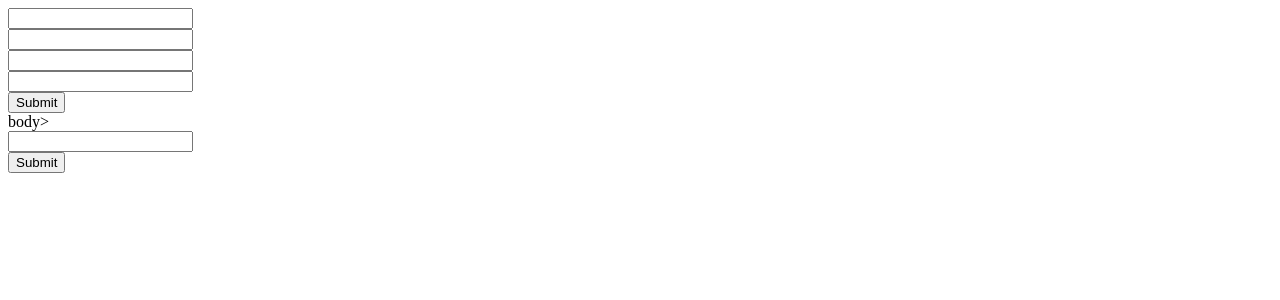
Repository: daniraja/learn-ng
Page: http://localhost/register/pages/home.jsp
These files come from the project's save history. The page is drawn as it stood at one moment and after the next save; the edit follows.
The browser window is 1280 px wide. The pictures show the whole page.
The page is served by Tomcat 9. Other server files are loaded and not shown.

Above is the page before, as saved 2021-09-12 03:01:49.

### regis/register/src/main/webapp/pages/home.jsp
<%@ page language="java" contentType="text/html; charset=ISO-8859-1"
    pageEncoding="ISO-8859-1"%>
<!DOCTYPE html PUBLIC "-//W3C//DTD HTML 4.01 Transitional//EN" "http://www.w3.org/TR/html4/loose.dtd">
<html>
<head>
<meta http-equiv="Content-Type" content="text/html; charset=ISO-8859-1">
<title>Register</title>
</head>
<body>
	<form action="add">
	<input type="text" name= "firstname"><br>
	<input type="text" name= "lastname"><br>
	<input type="text" name= "email"><br>
	<input type="text" name= "phone"><br>
	<input type="submit"></form>

	body>
	<form action="get">
	<input type="text" name= "id"><br>
	<input type="submit"></form>
</body>
</html>

After the next save:
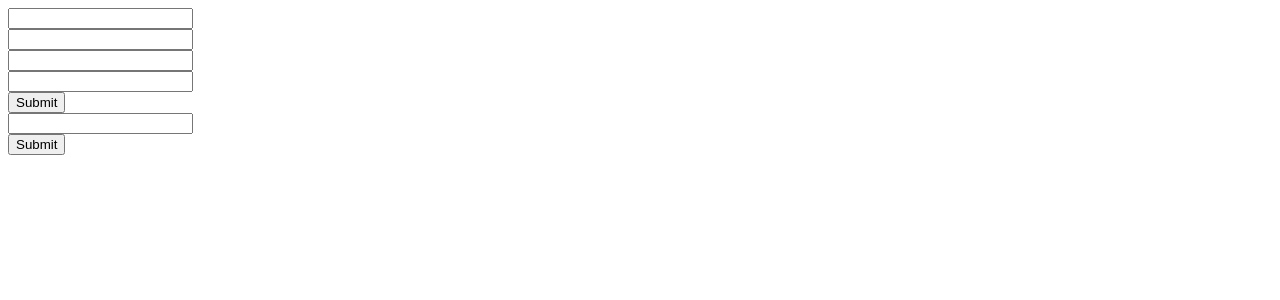
Saved 6 min 11 s later.
--- a/regis/register/src/main/webapp/pages/home.jsp
+++ b/regis/register/src/main/webapp/pages/home.jsp
@@ -14,7 +14,7 @@
 	<input type="text" name= "phone"><br>
 	<input type="submit"></form>
 
-	body>
+
 	<form action="get">
 	<input type="text" name= "id"><br>
 	<input type="submit"></form>
